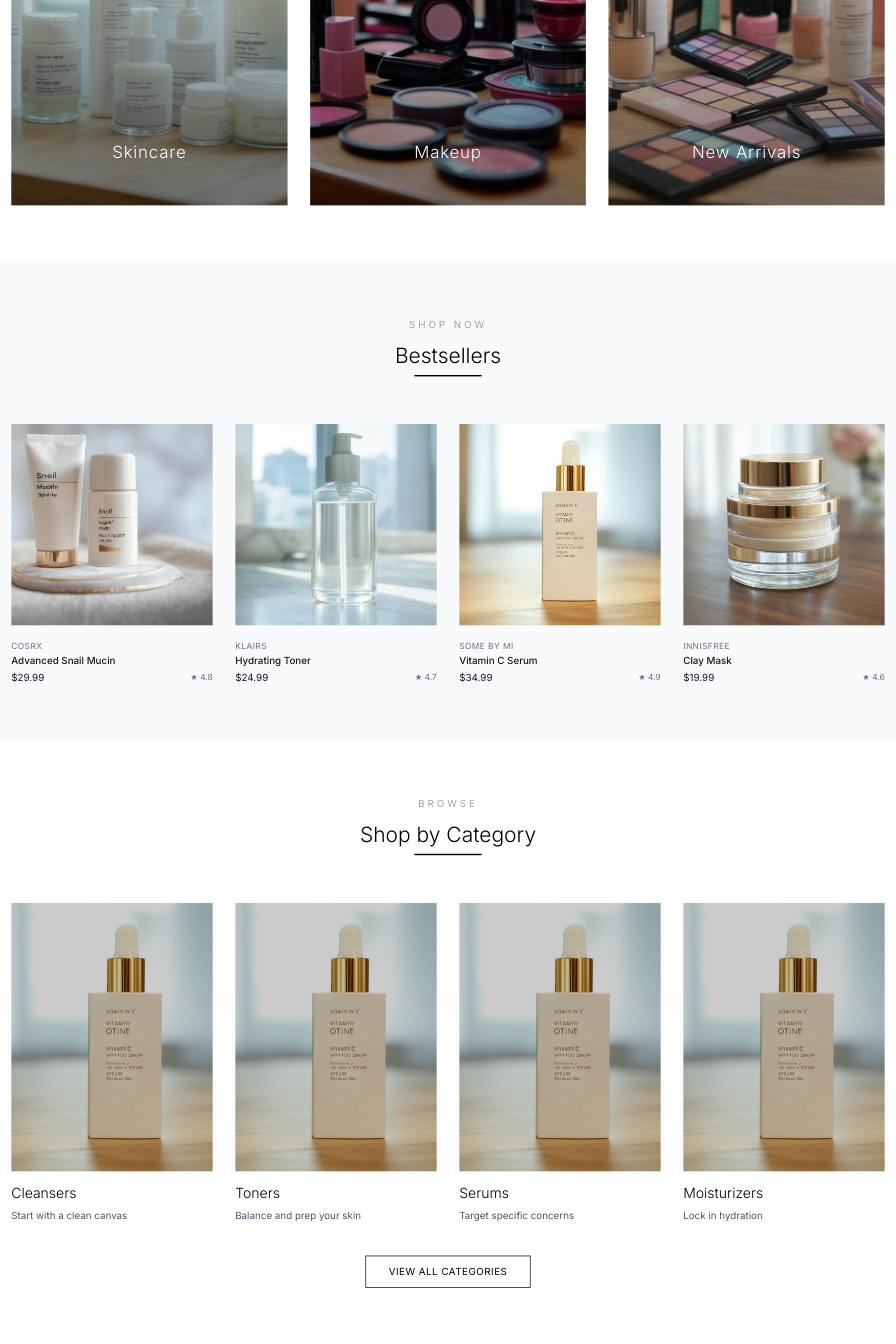
Repository: Innovate-X-ab/ImpresionKBeauty
Page: /
These files come from the project's save history. The page is drawn as it stood at one moment and after the next save; the edit follows.
The browser window is 1280 px wide. The pictures show the part of the page from y = 1184 to 3104 px (the page is 3104 px tall), at 70% of full size.
The project was rebuilt for these pictures with package versions that can differ from the ones it lists, and the page was loaded fresh each time. The framework's server and built-in components were replaced by stand-ins that run in the browser. Also part of the build but not shown: next.config.ts.

Above is the page before, as saved 2025-02-23 22:55:22.

After the next save:
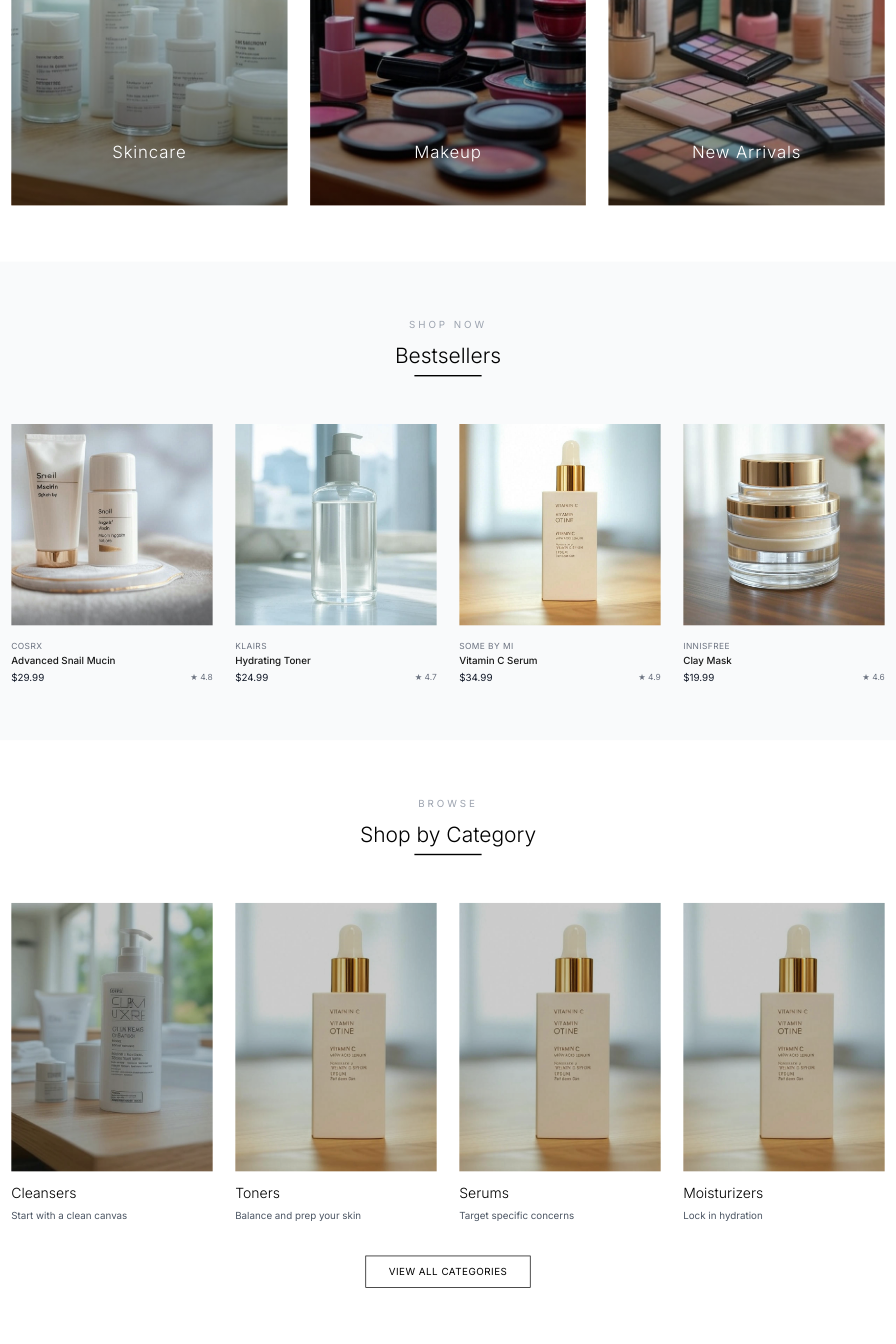
Saved 54 s later.
--- a/src/app/page.tsx
+++ b/src/app/page.tsx
@@ -9,7 +9,7 @@ const ShopByCategory = () => {
   const categories = [
     {
       name: 'Cleansers',
-      image: '/images/products/vitamin-c.jpg',
+      image: '/images/products/cleansers.jpg',
       description: 'Start with a clean canvas',
       link: '/collections/cleansers'
     },
